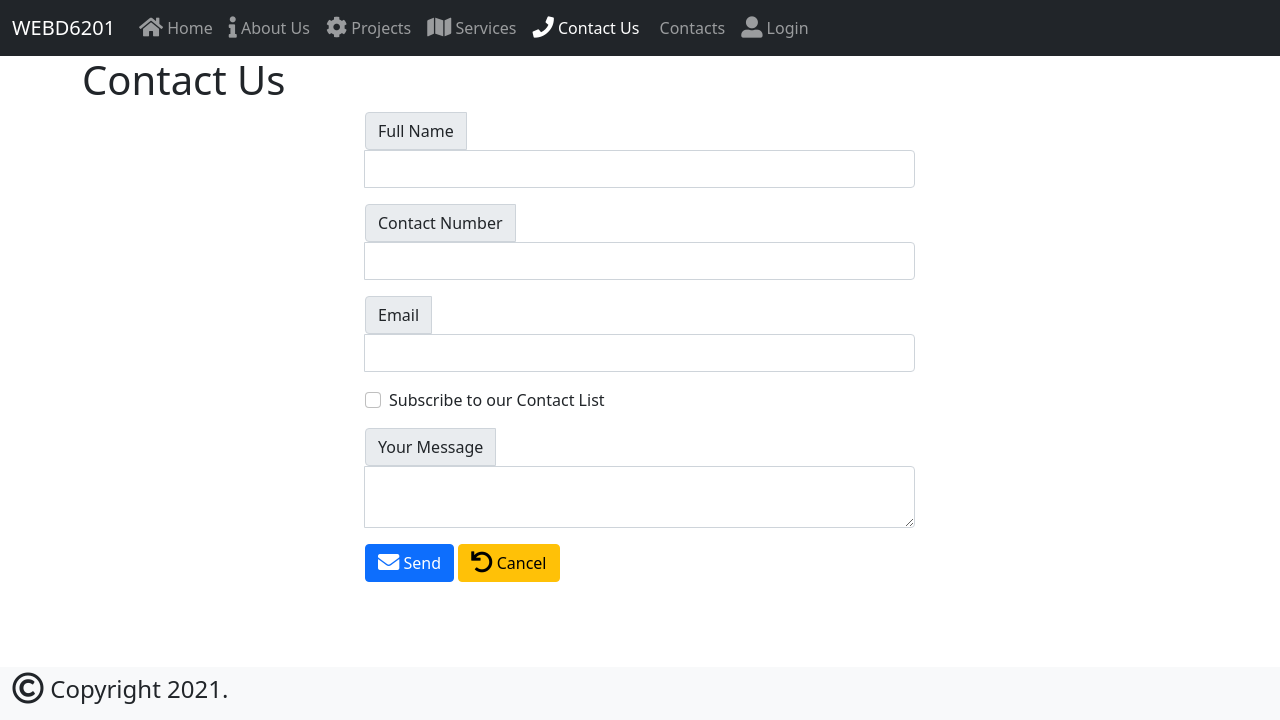
Repository: CKM206/WebD6201-W2021-ICE5
Page: contact.html
An editor plug-in stored every save of this project. The page is shown before and after the next save, followed by the edit.
The browser window is 1280 px wide. The pictures show the whole page.

Above is the page before, as saved 2021-03-07 02:48:03.

After the next save:
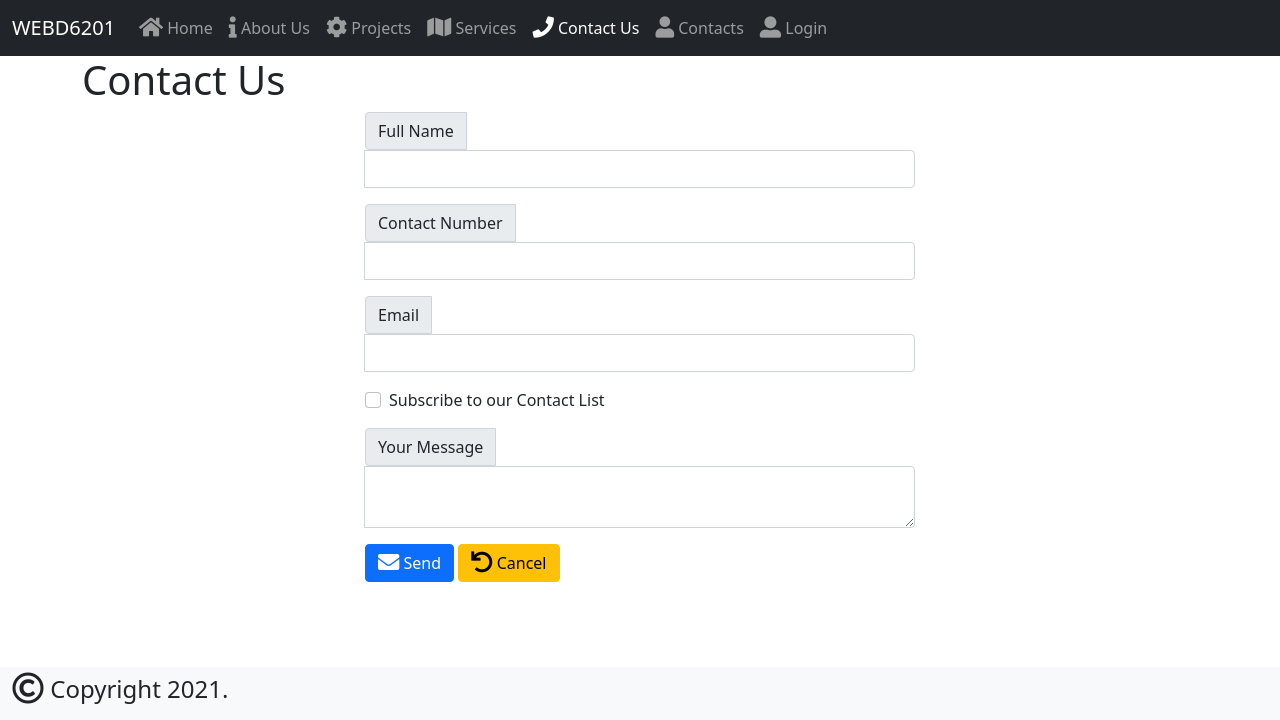
Saved 4 s later.
--- a/Scripts/app.js
+++ b/Scripts/app.js
@@ -380,7 +380,7 @@
       });
 
       $(`<li class="nav-item">
-      <a class="nav-link" aria-current="page" href="contact-list.html"><i class="fas fa-contact fa-lg"></i> Contacts</a>
+      <a class="nav-link" aria-current="page" href="contact-list.html"><i class="fas fa-user fa-lg"></i> Contacts</a>
      </li>`).insertBefore("#loginListItem");
     }
 
